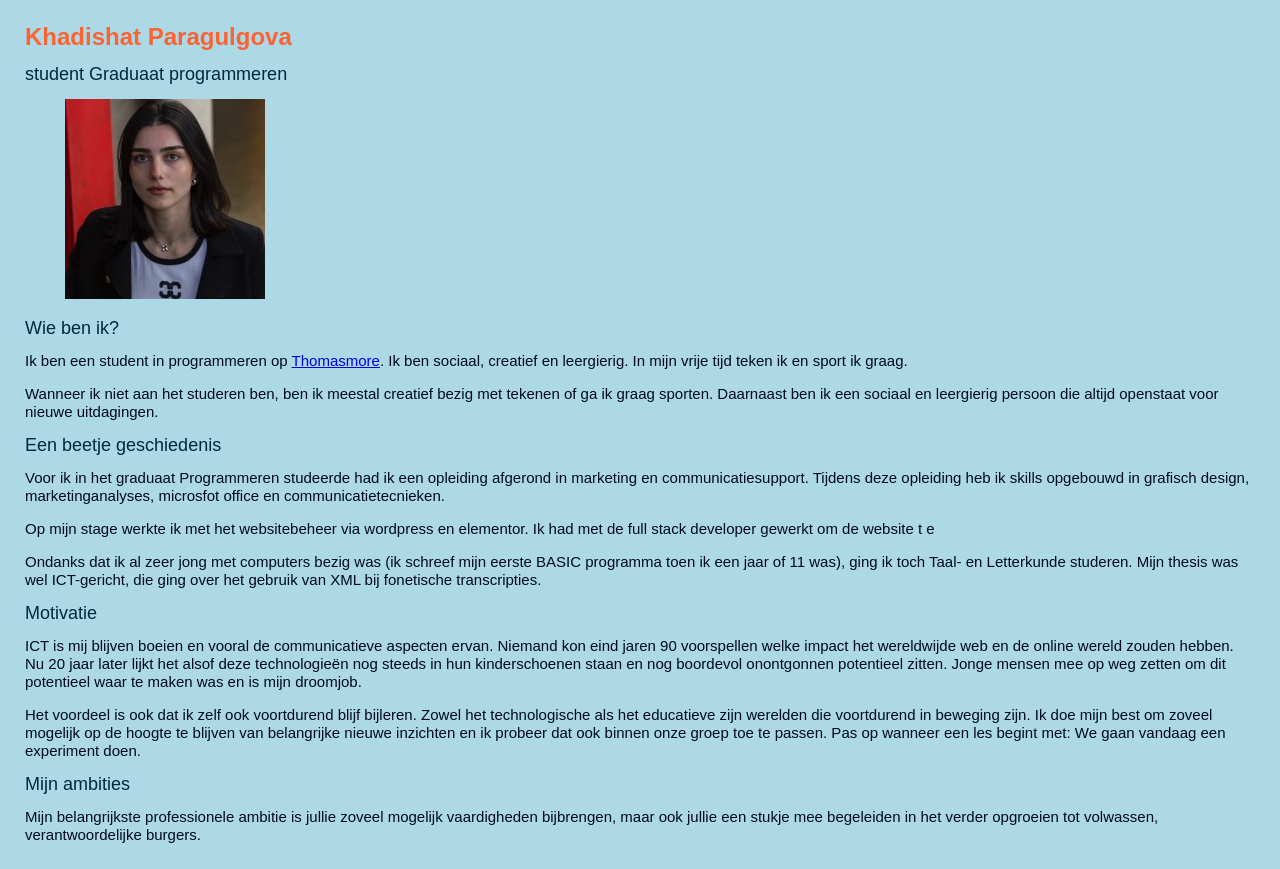
Repository: khadishat00/portfolio
Page: index.html
An editor plug-in stored every save of this project. The page is shown before and after a run of saves, followed by the edit.
The browser window is 1280 px wide. The pictures show the whole page.

Above is the page before, as saved 2026-09-24 15:02:23.

After the next 2 saves:
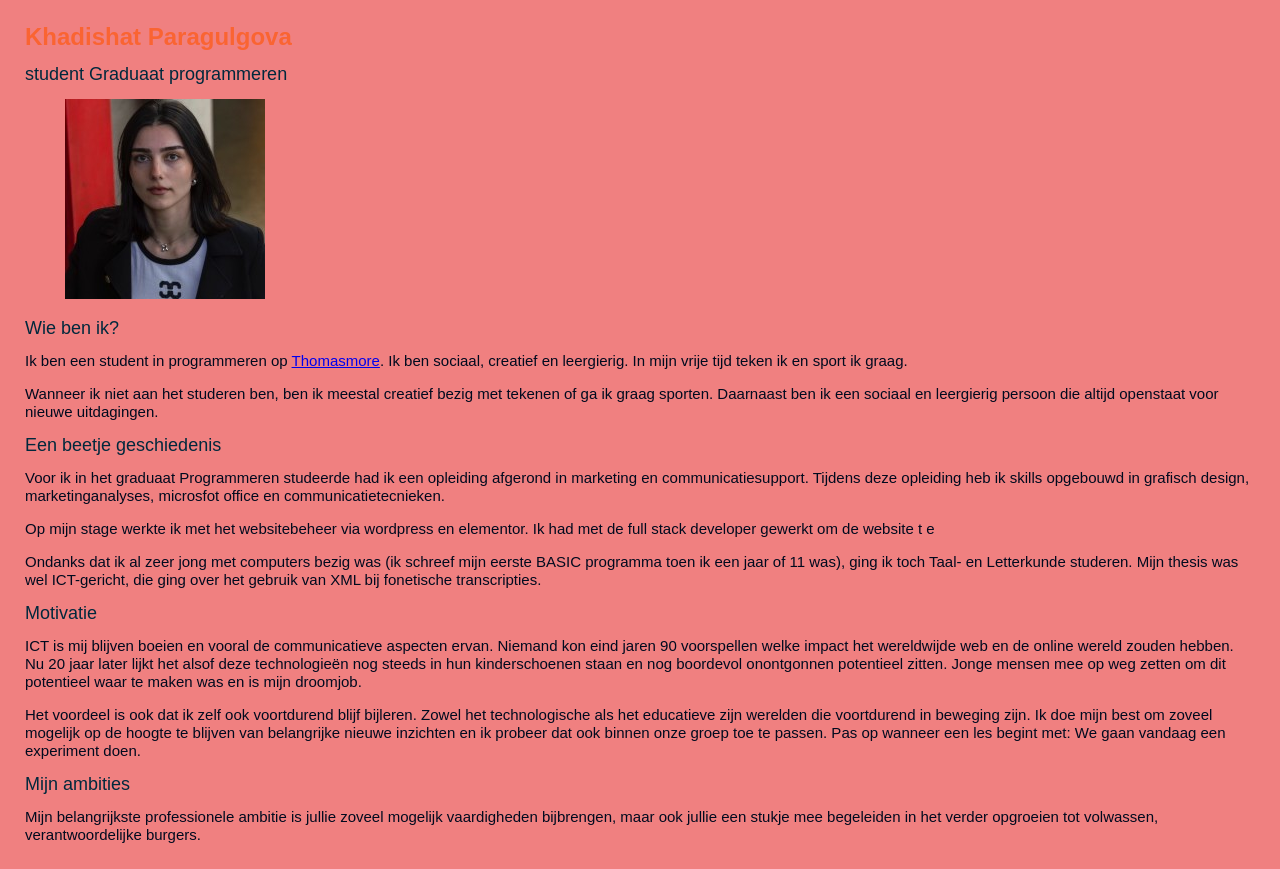
The 2 saves are shown as one change because they came seconds apart.
The last was saved 13 s later.
--- a/index.html
+++ b/index.html
@@ -10,7 +10,7 @@
       font-family: Arial, sans-serif;
     }
     body {
-      background-color: lightblue;
+      background-color: lightcoral;
       margin: 25px;
     }
     h1 {
